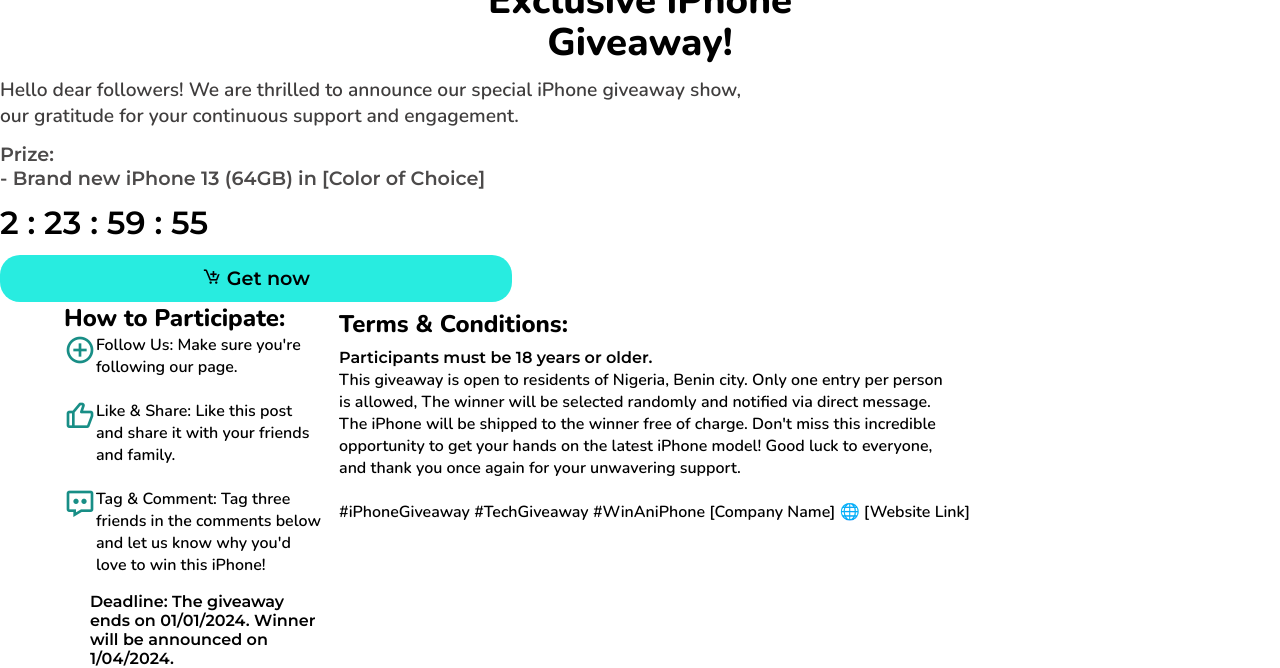
Repository: pasafista/freebie-iphone-webpage
Page: index.html
An editor plug-in stored every save of this project. The page is shown before and after a run of saves, followed by the edit.
The browser window is 1280 px wide. The pictures show the part of the page from y = 792 to 1494 px (the page is 1460 px tall before and 1494 px after).
A picture or video elsewhere on the page could not be fetched, so the positions and the page height are approximate.

Above is the page before, as saved 2024-01-02 00:43:44.

After the next 4 saves:
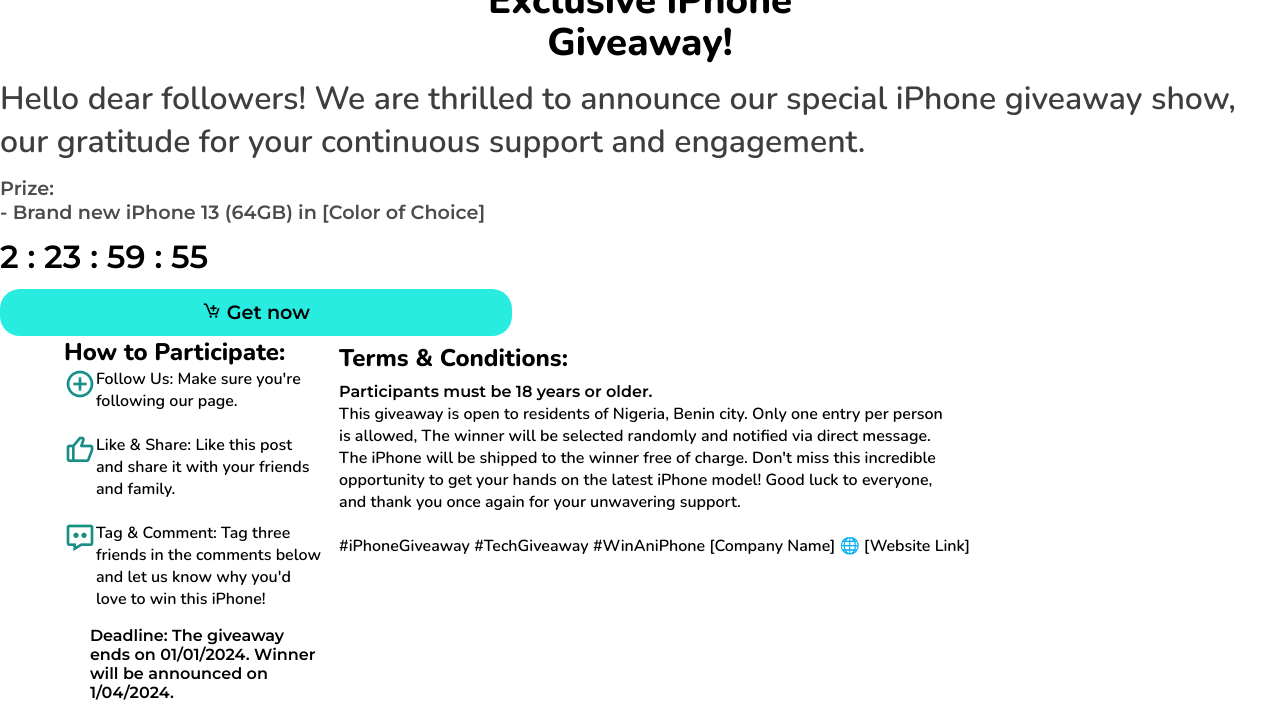
The 4 saves are shown as one change because they came seconds apart.
The last was saved 16 s later.
--- a/style.css
+++ b/style.css
@@ -146,5 +146,7 @@
         font-size: 2.4rem;
     }
 
-    .top
+    .top{
+        font-size: 2rem;
+    }
 }
